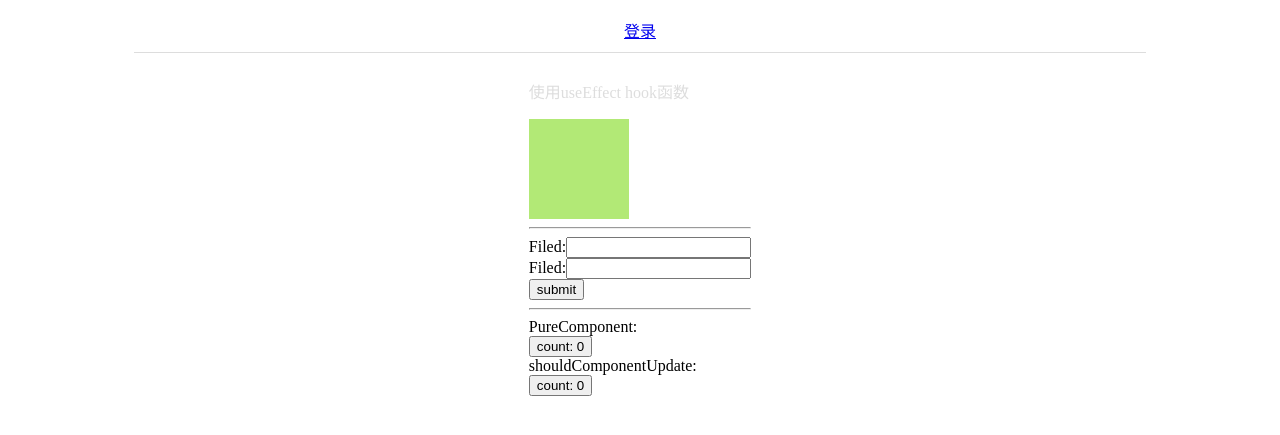
Repository: shellingfordly/js-library-Demo
Page: /about (app in demo/react/demo/)
These files come from the project's save history. The page is drawn as it stood at one moment and after the next save; the edit follows.
The browser window is 1280 px wide. The pictures show the whole page.
The project was rebuilt for these pictures with package versions that can differ from the ones it lists, and the page was loaded fresh each time. Also part of the build but not shown: demo/react/demo/src/views/home/components/UseReducer.js, demo/react/demo/src/views/home/components/SetTimeout.js, demo/react/demo/src/views/home/hook/context.js, demo/react/demo/src/views/home/components/context/useContext.js, demo/react/demo/src/views/home/components/context/contextType.js, demo/react/demo/src/views/home/components/context/consumer.js, demo/react/demo/src/views/home/utils/highComponent.js, demo/react/demo/src/views/home/Home.js and 3 more.

Above is the page before, as saved 2021-01-17 22:45:05.

### demo/react/demo/src/index.js
import React from 'react';
import ReactDOM from 'react-dom';
import './index.css';
import App from './App';
import reportWebVitals from './reportWebVitals';
import {BrowserRouter as Route} from 'react-router-dom'

ReactDOM.render(
  <React.StrictMode>
    <Route>
      <App />
    </Route>
  </React.StrictMode>,
  document.getElementById('root')
);

// If you want to start measuring performance in your app, pass a function
// to log results (for example: reportWebVitals(console.log))
// or send to an analytics endpoint. Learn more: https://bit.ly/CRA-vitals
reportWebVitals();

### demo/react/demo/src/App.js

import './App.scss'
import { Component } from 'react'
import { NavLink, Route, Switch, Redirect } from 'react-router-dom'
import Home from './views/home/Home'
import About from './views/about/About'
import Register from './views/Register'
import User from './views/User'
import Login from './views/Login'
import store from './store'
import { userLogout } from './store/actions'

export default class App extends Component {

  state = {
    isShow: false
  }

  componentDidMount(){
    store.subscribe(() => {
      const data = store.getState()
      this.setState({ isShow: data.isLogin })
    })
  }

  logout = () => {
    store.dispatch(userLogout())
  }

  render() {
    const { isShow } = this.state

    return (
      <div className="app">
        <div className="nav">
          <NavLink className={isShow ? 'show' : 'hide'} to='/home'>首页</NavLink>
          <NavLink className={isShow ? 'show' : 'hide'} to='/user'>用户</NavLink>
          <NavLink className={isShow ? 'show' : 'hide'} to='/about'>关于我</NavLink>
          <NavLink className={isShow ? 'show' : 'hide'} to='/register'>注册</NavLink>
          <NavLink className={!isShow ? 'show' : 'hide'} to='/login'>登录</NavLink>
          <NavLink className={isShow ? 'show' : 'hide'} to='/login' onClick={this.logout}>登出</NavLink>
        </div>
        <div className="content">
          <Switch>
            <Route path="/home" component={Home}></Route>
            <Route path="/user" component={User}></Route>
            <Route path="/about" component={About}></Route>
            <Route path="/register" component={Register}></Route>
            <Route path="/login" component={Login}></Route>
            <Redirect to="/login"></Redirect>
          </Switch>
        </div>
      </div>


    )
  }
};

### demo/react/demo/src/App.scss
.app {
  width: 80%;
  margin: auto;
  .nav {
    display: flex;
    justify-content: space-around;
    padding: 10px;
    border-bottom: 1px solid #ddd;

    .active {
      color: red;
    }
  }

  .content {
    padding: 10px;
    display: flex;
    justify-content: space-around;

    .login {
      .label {
        display: inline-block;
        width: 70px;
      }
      .btn {
        padding-top: 10px;
        text-align: center;

        button:first-child {
          margin-right: 10px;
        }
      }
    }
  }
}

.show {
  display: block;
}
.hide {
  display: none;
}

### demo/react/demo/src/views/about/About.js
import { useEffect } from 'react'
import UseEffect from './components/useEffect'
import OptimizationComponent from './components/PureComponent'
import ShouldComponentUpdate from './components/shouldComponentUpdate'
import Form, { Field } from './form'
const nameRule = { required: true, message: 'please write name!' }
const passwordRule = { required: true, message: 'please write password!' }
export default function About() {

  const [form] = Form.useForm()
  function onFinish() {
    console.log('submit success!');
  }
  function onFinishFailed() {
    console.log('submit error!');
  }

  useEffect(()=>{
    console.log(form.store);
  },[form])

  return (
    <div>
      <UseEffect />
      <hr />
      <Form form={form} onFinish={onFinish} onFinishFailed={onFinishFailed}>
        <Field  name="username" rules={[nameRule]}>
          <input />
        </Field>
        <Field name="password" rules={[passwordRule]}>
          <input  />
        </Field>
        <button>submit</button>
      </Form>
      <hr/>
      PureComponent: <OptimizationComponent/>
      shouldComponentUpdate: <ShouldComponentUpdate/>
    </div>
  )
}

### demo/react/demo/src/store/index.js
import {createStore, applyMiddleware}  from 'redux'
import thunk from 'redux-thunk'
import  rootReducer from './combineReducer'

export default createStore(rootReducer, applyMiddleware(thunk))

### demo/react/demo/src/store/actions.js
export function saveUser(data){
  return {
    type: 'SAVE',
    data
  }
}

export function getUser(data){
  return {
    type: 'GET',
    data
  }
}

export function userLogin(){
  return {
    type: 'LOGIN',
  }
}

export function userLogout(){
  return {
    type: 'LOGOUT',
  }
}

### demo/react/demo/src/views/about/components/useEffect.js
import {useState, useEffect} from 'react'
export default function useEffectCom() {
  const [background, setColor] = useState('red')

  useEffect(()=>{
    setTimeout(()=>{
      const color = '#' + Math.random().toString(16).slice(2,8)
      setColor(color)
    }, 1000)
  })

  return (
    <div className="about">
      <p style={{color: '#ddd'}}>使用useEffect hook函数</p>
      <div style={{ width: 100, height: 100, background}}></div>
    </div>
  );
}

### demo/react/demo/src/views/about/components/PureComponent.js
import { PureComponent } from 'react'

export default class OptimizationComponent extends PureComponent {
  state = { count: 0 }


  add = () => {
    this.setState({
      count: 100
    }, () => {
      console.log('count:', this.state.count);
    })
  }

  render() {
    console.log('render');

    const {count} = this.state
    return (
      <div>

        <button onClick={this.add}>count: {count}</button>
      </div>
    )
  }

}

### demo/react/demo/src/views/about/components/shouldComponentUpdate.js
import { Component } from 'react'

export default class OptimizationComponent extends Component {
  state = { count: 0 }
  add = () => {
    this.setState({
      count: 100
    }, () => {
      console.log('count:', this.state.count);
    })
  }

  shouldComponentUpdate(_, nextState) {
    return nextState.count !== this.state.count
  }

  render() {
    console.log('render');

    const { count } = this.state
    return (
      <div>

        <button onClick={this.add}>count: {count}</button>
      </div>
    )
  }

}

### demo/react/demo/src/views/about/form/index.js
import _From from './Form'
import Field from './Field'
import useForm from './useForm'
const Form = _From
Form.Field = Field
Form.useForm = useForm
export { Field, useForm }
export default Form

### demo/react/demo/src/store/combineReducer.js
import { combineReducers } from 'redux';

import * as reducer from './reducer';


const rootReducer = combineReducers({
  ...reducer
})

export default rootReducer;

### demo/react/demo/src/views/about/form/Form.js

import {Provider} from './formContext'

export default function Form(props){
  const {children, form}= props

  function onSubmit(e){
    console.log(1);
  }

  return (
    <form onSubmit={onSubmit}>
      <Provider value={form}>
        {children}
      </Provider>
    </form>
  )
}

### demo/react/demo/src/views/about/form/Field.js
import { cloneElement, Component } from 'react'
import { Context } from './formContext'
export default class Field extends Component {

  static contextType = Context

  componentDidMount() {
    const { registerField } = this.context
    registerField(this)
  }

  onStoreChange = () => {
    this.forceUpdate()
  }

  getControlled = () => {
    const { getFieldValue, setFieldValue } = this.context
    const { name } = this.props
    return {
      value: getFieldValue(name),
      onChange: e => {
        const newVal = e.target.value
        setFieldValue({
          [name]: newVal
        })
      }
    }
  }

  render() {
    const { children, } = this.props
    return (
      <div>
        Filed:
        { cloneElement(children, this.getControlled())}
      </div >
    )
  }
}

### demo/react/demo/src/views/about/form/useForm.js
import React from 'react'

class FormStore {
  constructor(props) {
    this.store = {}
    this.fieldEntities = []
  }

  registerField = (field)=> {
    this.fieldEntities.push(field)
  }

  getFieldValue = (name) => {
    return this.store[name]
  }

  setFieldValue = (newVal) => {
    this.store = {
      ...this.store,
      ...newVal
    }
    this.fieldEntities.forEach(entity=>{
      entity.onStoreChange()
    })
  }
}


export default function useForm() {
  const formRef = React.useRef()

  if (!formRef.current) {
    formRef.current = new FormStore()
  }


  return [formRef.current]
}

### demo/react/demo/src/store/reducer.js
const user_info = {
  username: '',
  password: '',
}

export function user(state = user_info, actions) {
  switch (actions.type) {
    case "SAVE":
      localStorage.setItem('user_info', JSON.stringify(actions.data))
      return { status: true, msg: '登录成功！' }
    case "GET":
      const hasUser = localStorage.getItem('user_info')
      if (hasUser) return { status: true, data: user, msg: '已登录！' }
      else return { status: false, msg: '未登录！' }
    default: return state
  }
}


export function isLogin(state = false, actions) {
  const hasUser = localStorage.getItem('user_info')
  switch (actions.type) {
    case "LOGIN":
      if (hasUser) return true
      else return false
    case "LOGOUT":
      if (hasUser) localStorage.removeItem('user_info')
      return false
    default: return state
  }
}

### demo/react/demo/src/views/about/form/formContext.js
import {createContext} from 'react'

export const Context = createContext()
export const Provider =  Context.Provider

Loaded but not shown: demo/react/demo/public/index.html (common file); demo/react/demo/src/reportWebVitals.js (common file); demo/react/demo/src/index.css (no stored copy; drawn as an empty file)

After the next save:
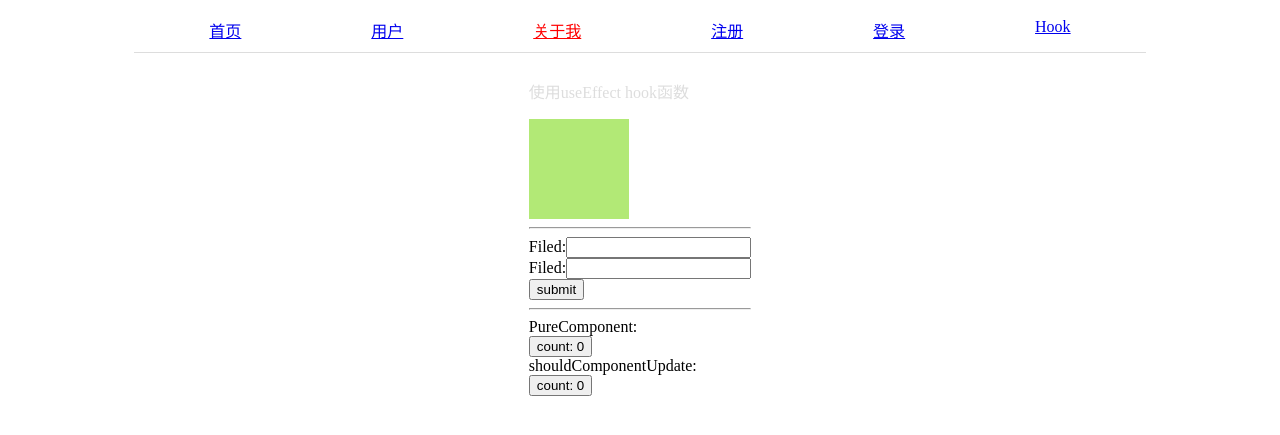
Saved 76 s later.
--- a/demo/react/demo/src/App.js
+++ b/demo/react/demo/src/App.js
@@ -33,12 +33,12 @@ export default class App extends Component {
     return (
       <div className="app">
         <div className="nav">
-          <NavLink className={isShow ? 'show' : 'hide'} to='/home'>首页</NavLink>
-          <NavLink className={isShow ? 'show' : 'hide'} to='/user'>用户</NavLink>
-          <NavLink className={isShow ? 'show' : 'hide'} to='/about'>关于我</NavLink>
-          <NavLink className={isShow ? 'show' : 'hide'} to='/register'>注册</NavLink>
-          <NavLink className={!isShow ? 'show' : 'hide'} to='/login'>登录</NavLink>
-          <NavLink className={isShow ? 'show' : 'hide'} to='/login' onClick={this.logout}>登出</NavLink>
+          <NavLink  to='/home'>首页</NavLink>
+          <NavLink  to='/user'>用户</NavLink>
+          <NavLink  to='/about'>关于我</NavLink>
+          <NavLink  to='/register'>注册</NavLink>
+          <NavLink  to='/login'>登录</NavLink>
+          <NavLink  to='/login' onClick={this.logout}>Hook</NavLink>
         </div>
         <div className="content">
           <Switch>
